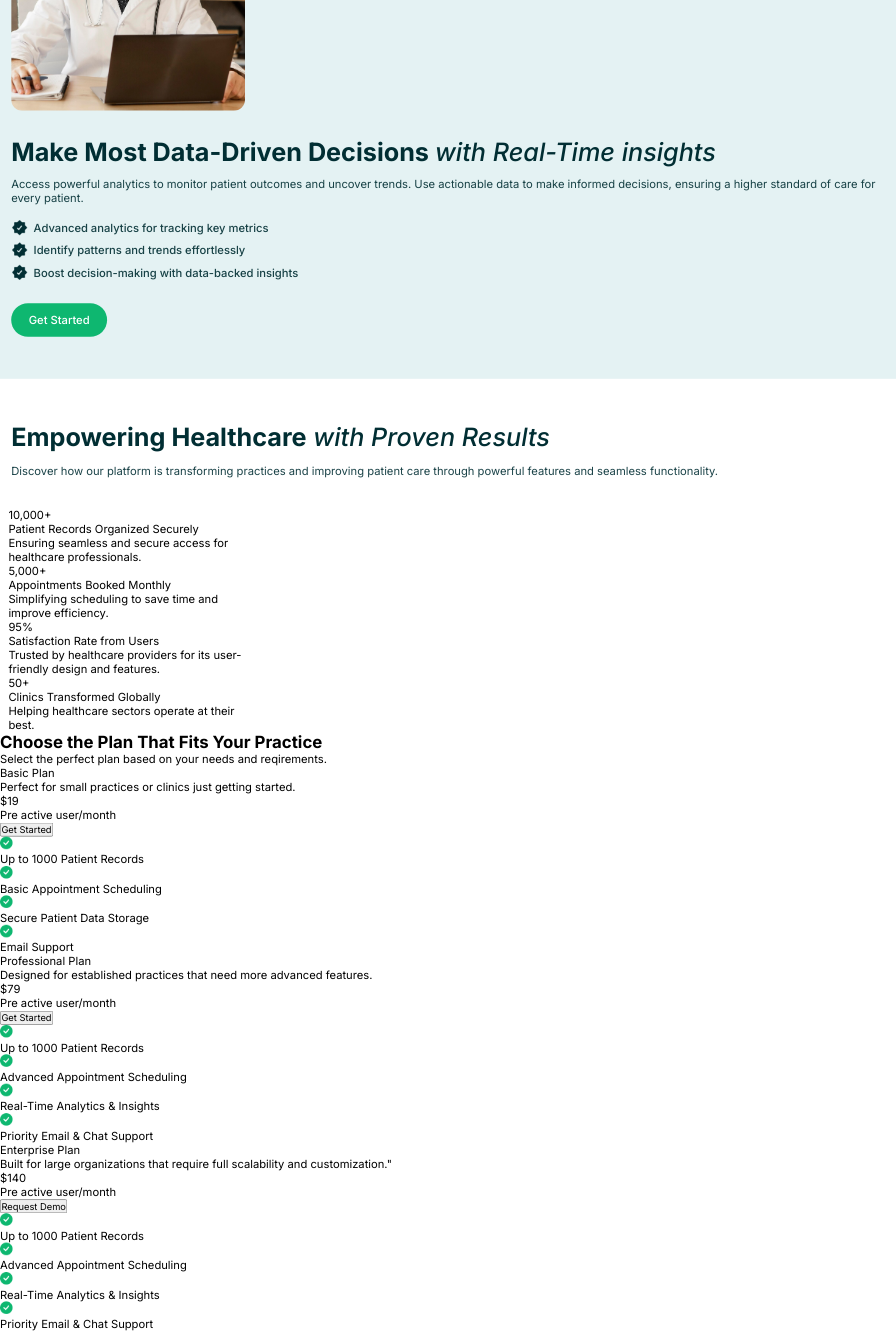
Repository: DiegoWWeege/recuperacao-prova-front-end
Page: index.html
The author's editor kept a copy of each file at every save. The page is drawn from the files as they stood at one save, then again after the next save.
The browser window is 1280 px wide. The pictures show the part of the page from y = 2463 to 4383 px (the page is 4364 px tall before and 4383 px after), at 70% of full size.

Above is the page before, as saved 2026-06-22 19:10:15.

### index.html
<!DOCTYPE html>
<html lang="pt-br">
<head>
    <meta charset="UTF-8">
    <meta name="viewport" content="width=device-width, initial-scale=1.0">
    <title>ERTIFY HEALTH</title>
    <link rel="stylesheet" href="style.css">
</head>
<body>

    <!--Cabeçalho da Lading Page-->

    <header>
        <img src="images/logo.png" alt="Ertify Health logo">

        <section>
        <button aria-label = "Get Started" class = "get-started-button">Get Started</button>

            <img src="icons/burguer-menu.png" alt="Burguer menu">
        </section>
    </header>

    <!--Conteúdo principal da Lading Page-->
    <main class = "hero-section">

        <section>
            <h1>Simple & Secure Patient <span>Management</span></h1>
            <!-- Foi dado um espaço na palavra &amp, pois quando junta apresentava erro no html!-->
            <p>CERTIFY’s platform automates intake & amp; check-in processes
            so you can put the focus back on delivering quality care.</p>
        </section>

        <section id = "buttons-section">
            <button  aria-label = "Get Started" class = "get-started-button">Get Started</button>
            <button aria-label = "Play demo" class = "play-demo-button">Play Demo</button>
        </section>

        <img src="images/three-doctors.png" alt="Three doctors">
    </main>



    <section class = "section-patient-journey">
        <h2>Get a Proper Visualisation on <span>Patient Jouney</span></h2>

        <p>Understand and  manage your patients' healthcare journeys with
            clarity and precision. Our platform offers tools that provide
            actionable insights at every stage.</p>


        <section class = "image-text-benefits">

            <img src="images/doctor-xray.png" alt="A doctor sitting in his desk looking at an x-ray">

            <h2>Visualize Every Step with a <span>Detailed Patient Timeline</span></h2>

            <p>Track every interaction, diagnosis, and treatment
                plan in a single, easy-to-navigate
                timeline. Gain a holistic view of your patients'
                progress at a glance.</p>

            <section class = "benefits-grid">

                <img src="icons/checkmark-badge-02.png" alt="">
                <p class = "benefit">Easy-to-navigate chronological view</p>

                <img src="icons/checkmark-badge-02.png" alt="">
                <p class = "benefit">Consolidated patient history in one place</p>

                <img src="icons/checkmark-badge-02.png" alt="">
                <p class = "benefit">Seamless tracking of appointments</p>

            </section>

            <button  aria-label = "Get Started" class = "get-started-button">Get Started</button>

        </section>

        <section class = "image-text-benefits">

            <img src="images/doctor-laptop.png" alt="A doctor sitting in his desk looking at an x-ray">

            <h2>Make Most Data-Driven Decisions <span>with Real-Time insights</span></h2>

            <p>Access powerful analytics to monitor patient outcomes
                and uncover trends. Use actionable data
                 to make informed decisions, ensuring a higher standard
                 of care for every patient.</p>

            <section class = "benefits-grid">

                <img src="icons/checkmark-badge-02.png" alt="">
                <p class = "benefit">Advanced analytics for tracking key metrics</p>

                <img src="icons/checkmark-badge-02.png" alt="">
                <p class = "benefit">Identify patterns and trends effortlessly</p>

                <img src="icons/checkmark-badge-02.png" alt="">
                <p class = "benefit">Boost decision-making with data-backed insights</p>

            </section>

            <button  aria-label = "Get Started" class = "get-started-button">Get Started</button>

        </section>

    </section>

    <section class = "section-empowering-healthcare">
        <section class = "main-text">
            <h2>Empowering Healthcare<span> with Proven Results</span></h2>

        <p>Discover how our platform is transforming practices and improving
            patient care through powerful features and seamless functionality.</p>
        </section>

        <section class = "boxes-grid">
            <section class = "large-box">
                <p class = "first-p">10,000+</p>
                <p class = "second-p">Patient Records Organized Securely</p>

                <p class = "third-p">Ensuring seamless and secure access for healthcare professionals.</p>
            </section>

            <section class = "tiny-box">
                <p class = "first-p">5,000+</p>
                <p class = "second-p">Appointments Booked Monthly</p>

                <p class = "third-p">Simplifying scheduling to save time and improve efficiency.</p>
            </section>

            <section class = "large-box">
                <p class = "first-p">95%</p>
                <p class = "second-p">Satisfaction Rate from Users</p>

                <p class = "third-p">Trusted by healthcare providers for its user-friendly design and features.</p>
            </section>

            <section class = "tiny-box">
                <p class = "first-p">50+</p>
                <p class = "second-p">Clinics Transformed Globally</p>

                <p class = "third-p">Helping healthcare sectors operate at their best.</p>
            </section>
        </section>

    </section>


    <section id="plans-section">
        <h2>Choose the Plan That Fits <span>Your Practice</span></h2>

        <p>Select the perfect plan based on your needs and reqirements. </p>

        <section class = "white-plan">
            <p>Basic Plan</p>

            <p>Perfect for small practices or clinics just getting started.</p>

            <p>$19</p>

            <p>Pre active user/month</p>


            <button class = "blank-get-started-button">Get Started</button>

            <section class = "qualities-grid">

                <img src="icons/green-ok.png" alt="green-check-mark">
                <p class = "benefit">Up to 1000 Patient Records</p>

                <img src="icons/green-ok.png" alt="green-check-mark">
                <p class = "benefit">Basic Appointment Scheduling</p>

                <img src="icons/green-ok.png" alt="green-check-mark">
                <p class = "benefit">Secure Patient Data Storage</p>

                <img src="icons/green-ok.png" alt="green-check-mark">
                <p class = "benefit">Email Support</p>

            </section>
        </section>

        <section class = "green-plan">
            <p>Professional Plan</p>

            <p>Designed for established practices that need more advanced features.</p>

            <p>$79</p>

            <p>Pre active user/month</p>


            <button class = "blank-get-started-button">Get Started</button>

            <section class = "qualities-grid">

                <img src="icons/green-ok.png" alt="green-check-mark">
                <p class = "benefit">Up to 1000 Patient Records</p>

                <img src="icons/green-ok.png" alt="green-check-mark">
                <p class = "benefit">Advanced Appointment Scheduling</p>

                <img src="icons/green-ok.png" alt="green-check-mark">
                <p class = "benefit">Real-Time Analytics & Insights</p>

                <img src="icons/green-ok.png" alt="green-check-mark">
                <p class = "benefit">Priority Email & Chat Support</p>

            </section>
        </section>

        <section class = "white-plan">
            <p>Enterprise Plan</p>

            <p>Built for large organizations that require
                full scalability and customization."</p>

            <p>$140</p>

            <p>Pre active user/month</p>


            <button class = "blank-get-started-button">Request Demo</button>

            <section class = "qualities-grid">

                <img src="icons/green-ok.png" alt="green-check-mark">
                <p class = "benefit">Up to 1000 Patient Records</p>

                <img src="icons/green-ok.png" alt="green-check-mark">
                <p class = "benefit">Advanced Appointment Scheduling</p>

                <img src="icons/green-ok.png" alt="green-check-mark">
                <p class = "benefit">Real-Time Analytics & Insights</p>

                <img src="icons/green-ok.png" alt="green-check-mark">
                <p class = "benefit">Priority Email & Chat Support</p>

            </section>
        </section>
    </section>
</body>
</html>

### style.css
@import url('https://fonts.googleapis.com/css2?family=Inter:ital,opsz,wght@0,14..32,100..900;1,14..32,100..900&family=Roboto:ital,wght@0,100..900;1,100..900&display=swap');

*{
    margin: 0px;
    padding: 0px;
    font-family: 'Inter', sans-serif;
}

img{
    object-fit: cover;
}

header{
    background-color: #012E33;
    width: 100vw;
    border-bottom: 1px solid #1A4347;
    display: grid;
    grid-template-columns: 1fr auto;
    align-items: center;
    padding: 1rem;
    box-sizing: border-box;
}

.get-started-button{
    background-color: #0EB770;
    color: white;
    font-size: 1rem;
    font-weight: 500;
    border-radius: 100px;
    height: 2.5rem;
    width: 8.063rem;
    border-style: none;
    justify-self: end;

}

header section{
    display: grid;
    grid-template-columns:auto auto;
    align-items: center;
    gap: 1rem;
}

.hero-section{
    background-color: #012E33;
    padding-top: 4.313rem;
    box-sizing: border-box;
}

.hero-section h1{
    font-family: "Inter" , sans-serif;
    font-size: 2.75rem;
    font-weight: 700;
    color: white;
    margin-bottom: 0.75rem;
    margin-left: 1.375rem;
    margin-right: 0.625rem;

}

.hero-section span{
    font-weight: 400;
    font-family: "Inter" , sans-serif;
    font-style: italic;
}

.hero-section p{
    color: rgba(255, 255, 255, 0.904);
    line-height: 1.625rem;
    margin-bottom: 4.313rem;
    margin-left: 1.375rem;
    margin-right: 0.625rem;
}

.hero-section #buttons-section button{
    width: 21.438rem;
    height: 3.5rem;
    margin-left: 1.375rem;
    margin-right: 0.625rem;
}

.hero-section #buttons-section .get-started-button{
    margin-bottom: 1rem;
}

.hero-section #buttons-section .play-demo-button{
    border: 1px solid #044046;
    border-radius: 100px;
    background: none;
    color: white;
    align-items: center;
    font-weight: 500;
    font-size: 16px;
}

.hero-section img{
    width: 100vw;
    margin-top: 2rem;
}

.section-patient-journey{
    background-color: #E4F2F3;
    padding-left: 1rem;
    padding-right: 1rem;
    padding-top: 3.75rem;
    padding-bottom: 3.75rem;
}

.section-patient-journey h2{
    font-family: "Inter" , sans-serif;
    font-weight: 700;
    font-size: 36px;
    line-height: 46px;
    color: #012E33;
    text-align: center;
}

.section-patient-journey span{
    font-weight: 500;
    font-style: italic;
}

.section-patient-journey p{
    color: #012e33e7;
    font-weight: 400;
    text-align: center;
    margin-top: 0.75rem;
}

.section-patient-journey img{
    height: 21.438rem;
    width: 20.875rem;
    border-radius: 1rem;
    margin-top: 2.5rem;
    margin-bottom: 2rem;
}

.section-patient-journey .image-text-benefits h2{
    text-align: start;
}

.section-patient-journey .image-text-benefits p{
    text-align:  start;
}

.image-text-benefits .benefits-grid{
    display: grid;
    grid-template-columns: auto 1fr;
    gap: 0.5rem;
    margin-top: 1.313rem;
    margin-bottom: 2rem;
}

.image-text-benefits .benefits-grid img{
    width: 1.5rem;
    height: 1.5rem;
    margin: 0px;

}

.image-text-benefits .benefits-grid p{
    margin: 0px;
    align-self: center;
    font-weight: 500;
}

.image-text-benefits .get-started-button{
    height: 3rem;
    width: 8.563rem;
}

.section-empowering-healthcare .main-text{
    margin-top: 3.75rem;
    margin-left: 1rem;
}

.section-empowering-healthcare .main-text h2{
    font-family: "Inter" , sans-serif;
    font-weight: 700;
    line-height: 46px;
    font-size: 36px;
    color: #012E33;
    margin-bottom: 0.75rem;
}

.section-empowering-healthcare .main-text span{
    font-weight: 500;
    font-style: italic;
}

.section-empowering-healthcare .main-text p{
    font-family: "Inter" , sans-serif;
    font-weight: 400;
    font-size: 16px;
    line-height: 26px;
    color: #012E33E5;
    margin-bottom: 2.5rem;

}

.section-empowering-healthcare .boxes-grid{
    display: grid;
    grid-template-columns: 21.438rem;

.boxes-grid .large-box{
    background-color: #F3F5F7;
    border-radius: 16px;
    margin-left: 1rem;
    margin-right: 1rem;
}   margin-left: 0.75rem;
}

After the next save:
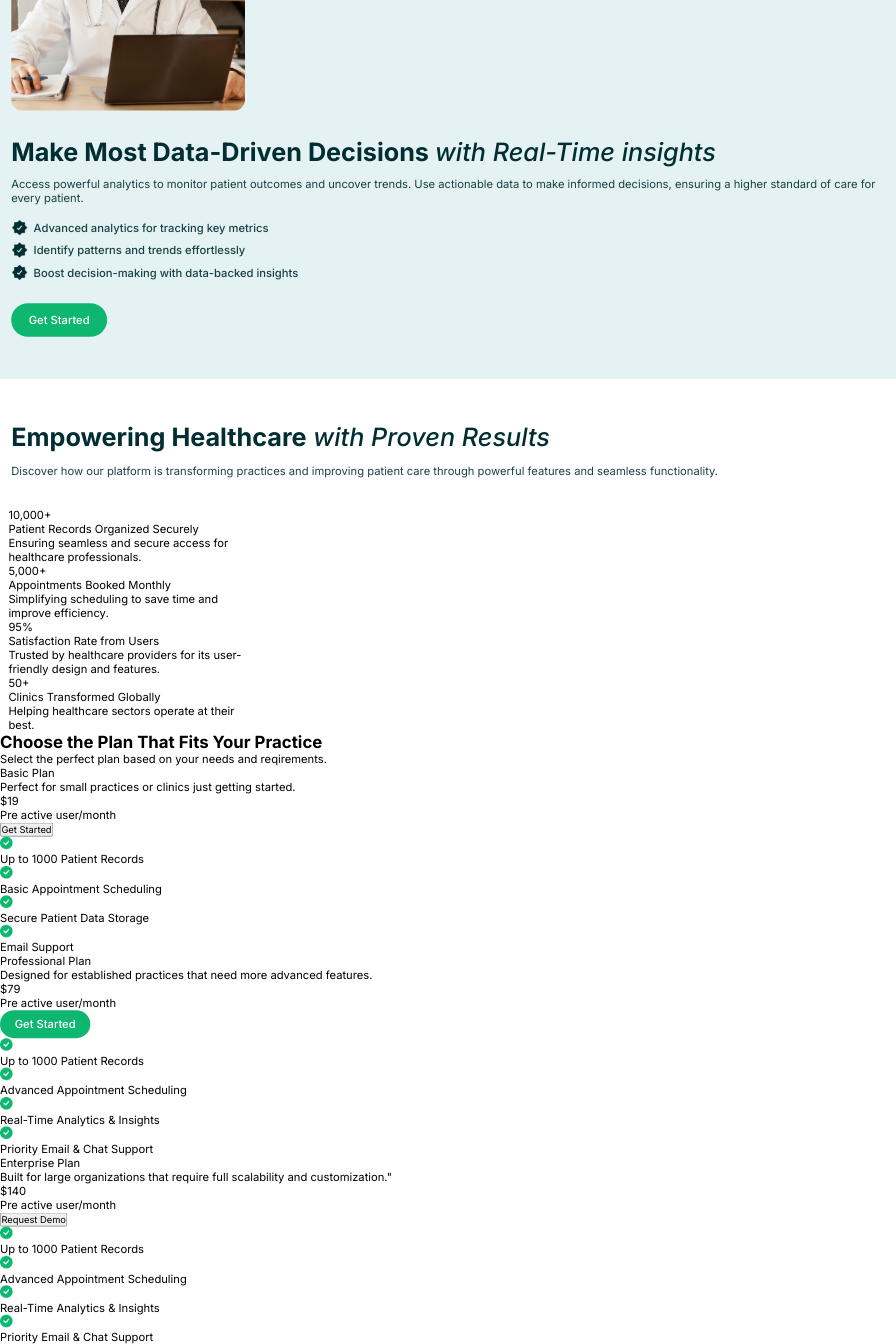
Saved 6 s later.
--- a/index.html
+++ b/index.html
@@ -191,7 +191,7 @@
             <p>Pre active user/month</p>
 
 
-            <button class = "blank-get-started-button">Get Started</button>
+            <button class = "get-started-button">Get Started</button>
 
             <section class = "qualities-grid">
 
